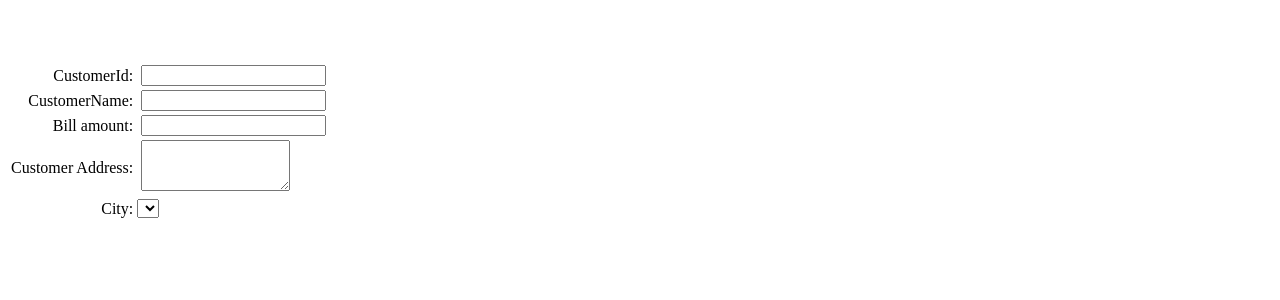
Repository: Rama-13/LaunchPadAllFiles
Page: java-workspace/SecondWebProject/WebContent/Products.html
The author's editor kept a copy of each file at every save. The page is drawn from the files as they stood at one save, then again after the next save.
The browser window is 1280 px wide. The pictures show the whole page.

Above is the page before, as saved 2019-07-29 06:08:29.

### java-workspace/SecondWebProject/WebContent/Products.html
<!DOCTYPE html>
<html>
<head>
<meta charset="ISO-8859-1">
<title>Insert title here</title>
</head>
<body>
<form>
<table>
 <tr><td align = "right">CustomerId: </td>

    <td>&nbsp;<input type = "text" id="CustomerId" name= "CustomerId"></td></tr></br>

  <tr><td align = "right">CustomerName:</td>

    <td>&nbsp;<input type = "text" id = "CustomerName" name = "CustomerName"></td></tr></br>

  <tr><td align = "right">Bill amount: </td>

    <td>&nbsp;<input type = "text" id = "bill amount" name = "billAmount"></td></tr>

  <tr><td align = "right">Customer Address:</td>

    <td>&nbsp;<textarea rows = "3" cols="16" name = "CustomerAddress"></textarea></td></tr>

  <tr><td align = "right">City:</td>&nbsp;<td><select>
</table>
</form>
</body>
</html>

After the next save:
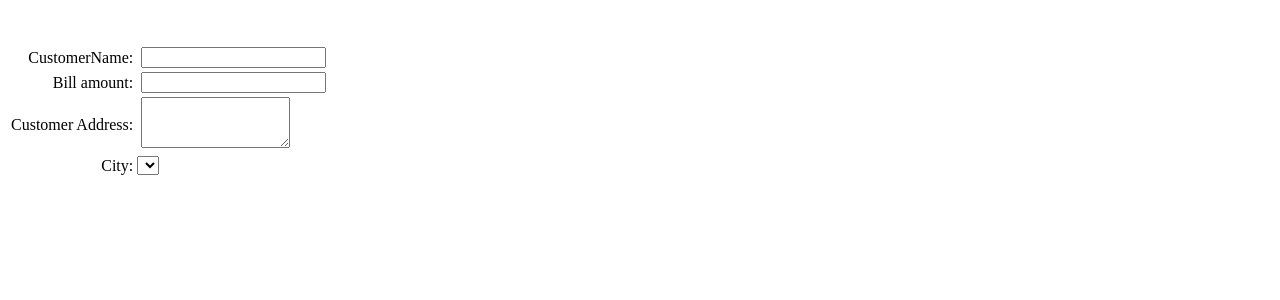
Saved 34 s later.
--- a/java-workspace/SecondWebProject/WebContent/Products.html
+++ b/java-workspace/SecondWebProject/WebContent/Products.html
@@ -7,10 +7,6 @@
 <body>
 <form>
 <table>
- <tr><td align = "right">CustomerId: </td>
-
-    <td>&nbsp;<input type = "text" id="CustomerId" name= "CustomerId"></td></tr></br>
-
   <tr><td align = "right">CustomerName:</td>
 
     <td>&nbsp;<input type = "text" id = "CustomerName" name = "CustomerName"></td></tr></br>
@@ -21,7 +17,7 @@
 
   <tr><td align = "right">Customer Address:</td>
 
-    <td>&nbsp;<textarea rows = "3" cols="16" name = "CustomerAddress"></textarea></td></tr>
+    <td>&nbsp;<textarea rows = "3" cols="16" name = ""></textarea></td></tr>
 
   <tr><td align = "right">City:</td>&nbsp;<td><select>
 </table>
